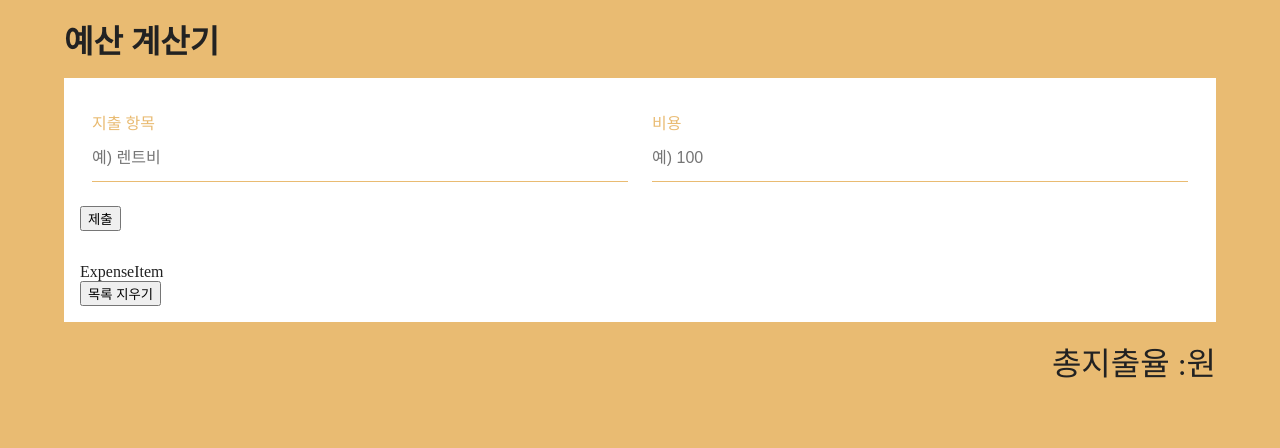
Repository: jongheonleee/budget_calculator
Page: /
An editor plug-in stored every save of this project. The page is shown before and after the next save, followed by the edit.
The browser window is 1280 px wide. The pictures show the whole page.
The project was rebuilt for these pictures with package versions that can differ from the ones it lists, and the page was loaded fresh each time.

Above is the page before, as saved 2025-02-08 12:38:59.

After the next save:
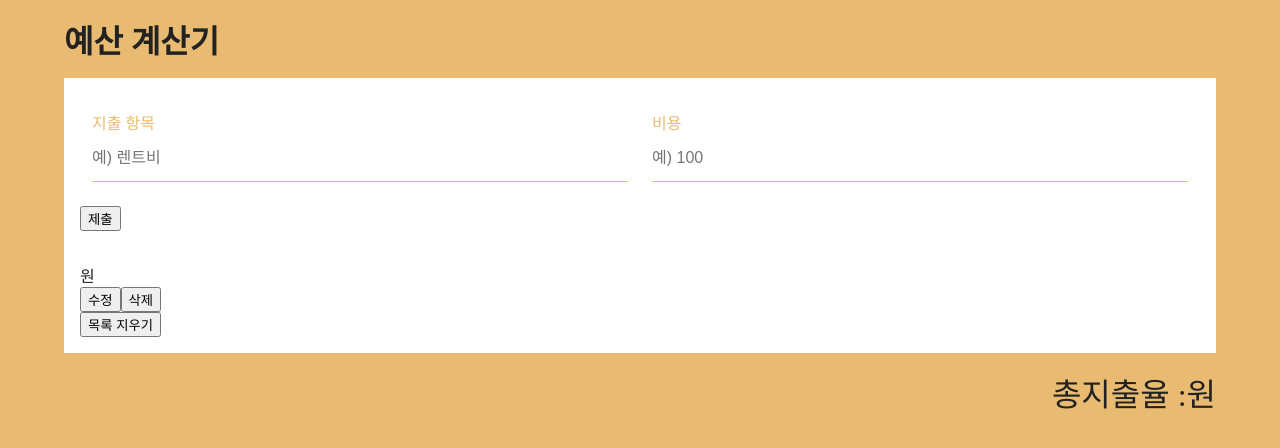
Saved 2 min 56 s later.
--- a/src/components/ExpenseItem.js
+++ b/src/components/ExpenseItem.js
@@ -3,7 +3,17 @@ import React, { Component } from 'react'
 export class ExpenseItem extends Component {
   render() {
     return (
-      <div>ExpenseItem</div>
+      <li className='item'>
+        <div className='info'>
+          <span className='expense'></span>
+          <span className='amount'> 원 </span>
+        </div>
+
+        <div>
+          <button className='edit-btn'>수정</button>
+          <button classBame='clear-btn'>삭제</button>
+        </div>
+      </li>
     )
   }
 }
